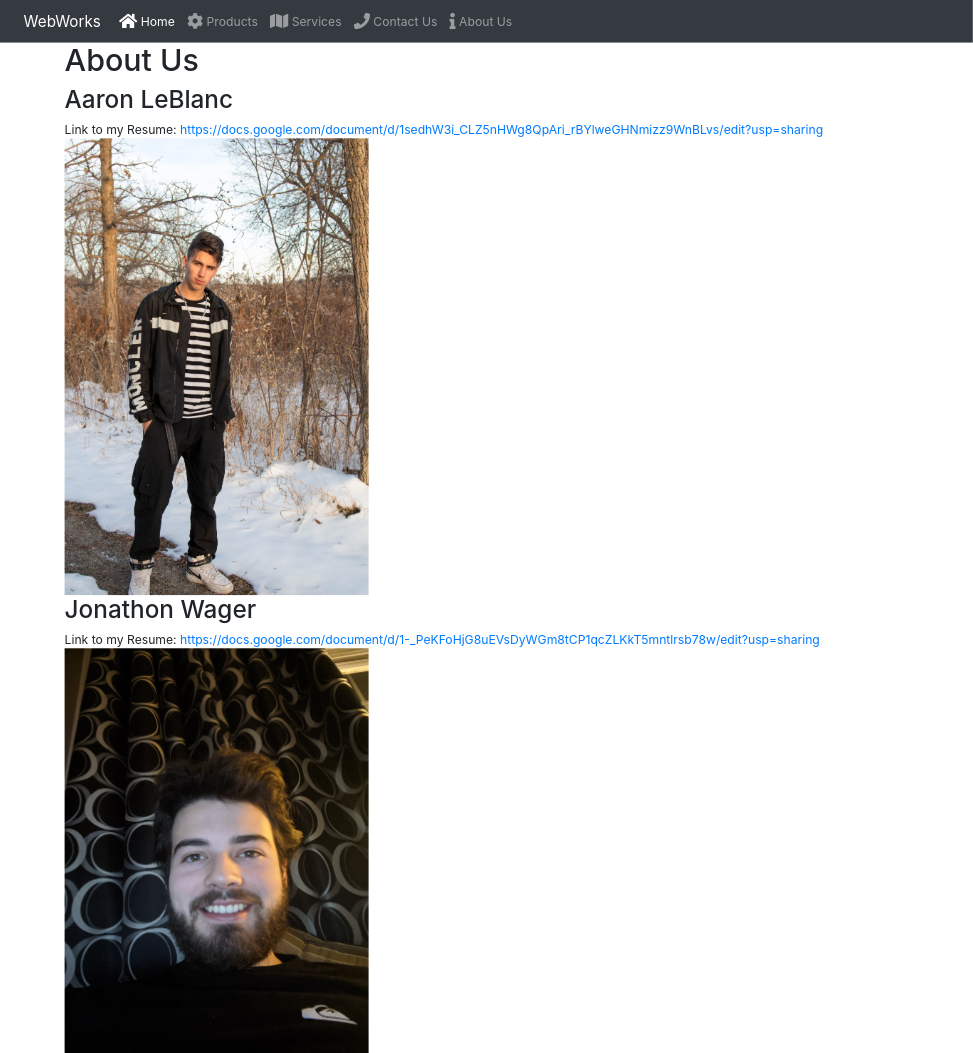
Repository: JonathonWager/Webd6202Lab1
Page: about.html
An editor plug-in stored every save of this project. The page is shown before and after the next save, followed by the edit.
The browser window is 1280 px wide. The pictures show the whole page, at 76% of full size.

Above is the page before, as saved 2021-03-07 19:16:58.
Console error: ReferenceError: core is not defined

### about.html
<!--
  Created by: Jonathon Wager and Aaron LeBlanc
  File Name: About.html
  File Description: This is the about page for our website
  Date completed: 2021/02/05
-->
<!DOCTYPE html>
<html lang="en">
<head>
    <meta charset="UTF-8">
    <meta name="viewport" content="width=device-width, initial-scale=1.0">
    <title>About</title>
    <!-- CSS Section -->
    <link rel="stylesheet" href="./node_modules/bootstrap/dist/css/bootstrap.min.css">
    <link rel="stylesheet" href="./node_modules/@fortawesome/fontawesome-free/css/all.min.css">
</head>
<body>
    <!-- Main header -->
    <header>
        <!-- Main navigation -->
        <nav class="navbar navbar-expand-lg navbar-dark bg-dark">
            <div class="container-fluid">
              <a class="navbar-brand" href="index.html">WebWorks</a>
              <button class="navbar-toggler" type="button" data-bs-toggle="collapse" data-bs-target="#navbarSupportedContent" aria-controls="navbarSupportedContent" aria-expanded="false" aria-label="Toggle navigation">
                <span class="navbar-toggler-icon"></span>
              </button>
              <!-- div tag for the navbar -->
              <div class="collapse navbar-collapse" id="navbarSupportedContent">
                <ul class="navbar-nav me-auto mb-2 mb-lg-0">
                  <!-- Link to index.html-->
                  <li class="nav-item">
                    <a class="nav-link active" aria-current="page" href="index.html"><i class="fas fa-home fa-lg"></i> Home</a>
                  </li>
                  <!-- Link to projects.html-->
                  <li class="nav-item">
                    <a class="nav-link" aria-current="page" href="projects.html" id = "projects"><i class="fas fa-cog fa-lg"></i> Products</a>
                  </li>
                  <!-- Link to services.html-->
                  <li class="nav-item">
                    <a class="nav-link" aria-current="page" href="services.html"><i class="fas fa-map fa-lg"></i> Services</a>
                  </li>
                  <!-- Link to contact.html-->
                  <li class="nav-item">
                    <a class="nav-link" aria-current="page" href="contact.html"><i class="fas fa-phone fa-lg"></i> Contact Us</a>
                  </li>
                  <!-- This will be used to inject the username of the current person logged in-->
                 <strong id ="usernameInputID" style="color: red"> </strong>
                  <!-- Link to about.html-->
                  <li class="nav-item">
                    <a class="nav-link" aria-current="page" href="about.html"><i class="fas fa-info fa-lg"></i> About Us</a>
                  </li>
                </ul>
              </div>
            </div>
          </nav>
    </header>

    <!-- Main Content -->
    <main class="container">
      <!-- About us section that outputs our names, short descriptions ,pictures of us and links to our resumes-->
      <h1>About Us</h1>
      <h2>Aaron LeBlanc</h2>
      <div> Link to my Resume:  <a href="url">https://docs.google.com/document/d/1sedhW3i_CLZ5nHWg8QpAri_rBYlweGHNmizz9WnBLvs/edit?usp=sharing</a></div>
      <div id="AboutAaronContent"> </div>
      <img src="/Pictures/About us Page/PictureOfAaron.jpg" width = 400px; alt="Deck of Cards">

      <!-- Jonathons about section-->
      <h2>Jonathon Wager</h2>
      <div> Link to my Resume:  <a href="url">https://docs.google.com/document/d/1-_PeKFoHjG8uEVsDyWGm8tCP1qcZLKkT5mntlrsb78w/edit?usp=sharing</a></div>
      <div id="AboutJonathonContent"> </div>
      <img src="/Pictures/About us Page/Jonathonpic.jpg" width = 400px; alt="Deck of Cards">


    </main>

    <!-- Main Footer -->
    <footer>
    </footer>

    <!-- Script Section-->
    <script src="./node_modules/jquery/dist/jquery.min.js"></script>
    <script src="./node_modules/bootstrap/dist/js/bootstrap.bundle.min.js"></script>
    <script src="./Scripts/app.js"></script>
</body>
</html>

### Scripts/namespace.js

// namespace core
let core;

Loaded but not shown: node_modules/bootstrap/dist/css/bootstrap.min.css (library); node_modules/@fortawesome/fontawesome-free/css/all.min.css (library); node_modules/jquery/dist/jquery.min.js (library); node_modules/bootstrap/dist/js/bootstrap.bundle.min.js (library); Scripts/app.js (640 lines, source omitted)

After the next save:
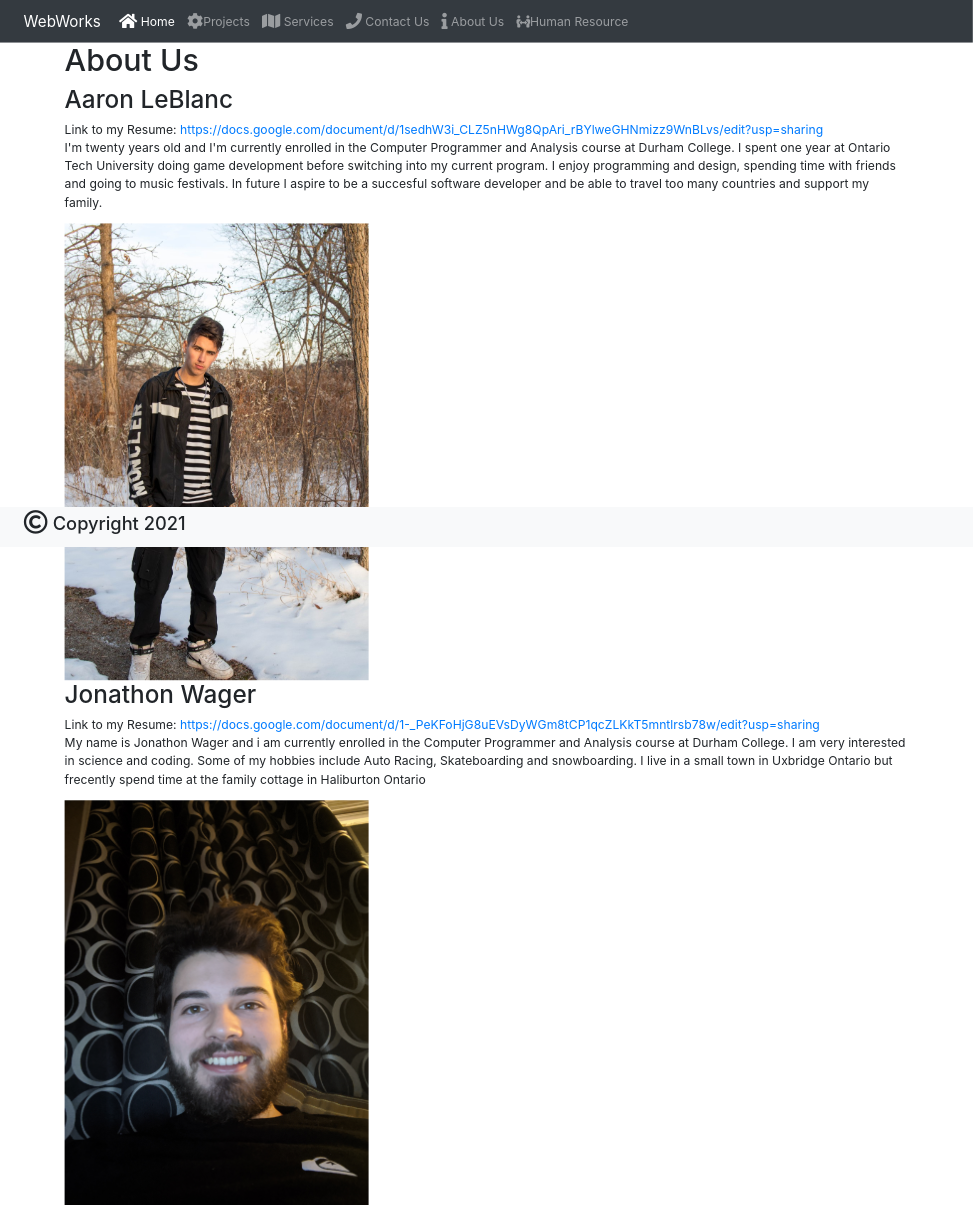
The error is gone.
Saved 57 s later.
--- a/about.html
+++ b/about.html
@@ -78,6 +78,7 @@
     </footer>
 
     <!-- Script Section-->
+    <script src="./Scripts/namespace.js"></script>
     <script src="./node_modules/jquery/dist/jquery.min.js"></script>
     <script src="./node_modules/bootstrap/dist/js/bootstrap.bundle.min.js"></script>
     <script src="./Scripts/app.js"></script>
